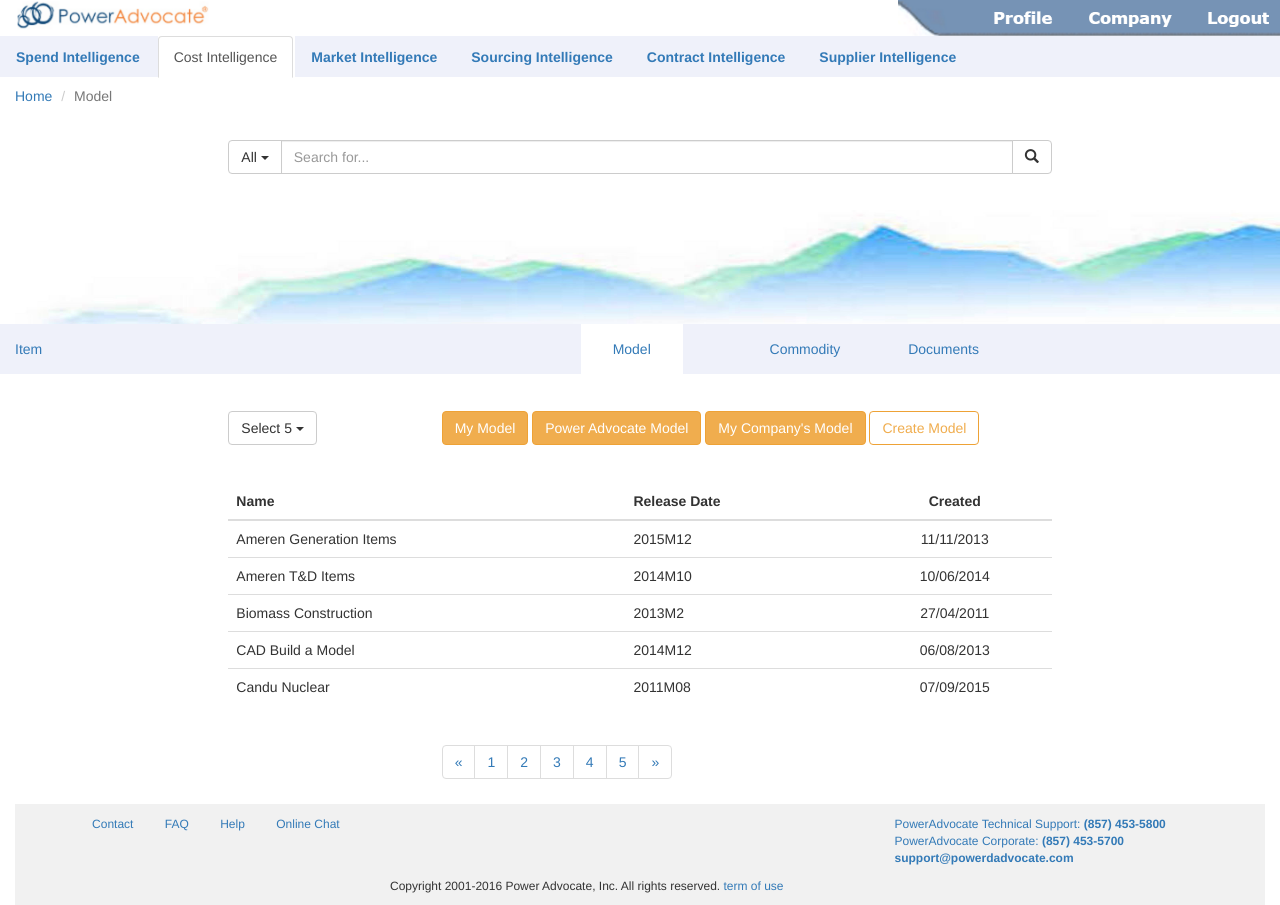
Repository: SamiraMansouri/PowerAdvocate-CostIntelligence-Application-new-Design-using-UserExperience-Method-
Page: http://localhost/PowerAdvocate/WEB-INF/views/home.jsp
An editor plug-in stored every save of this project. The page is shown before and after the next save, followed by the edit.
The browser window is 1280 px wide. The pictures show the whole page.
The page is served by Tomcat 9. Nobody is signed in. The template is opened directly, without the code that normally fills it, so the values that code supplies are empty.

Above is the page before, as saved 2016-04-25 02:07:33.

After the next save:
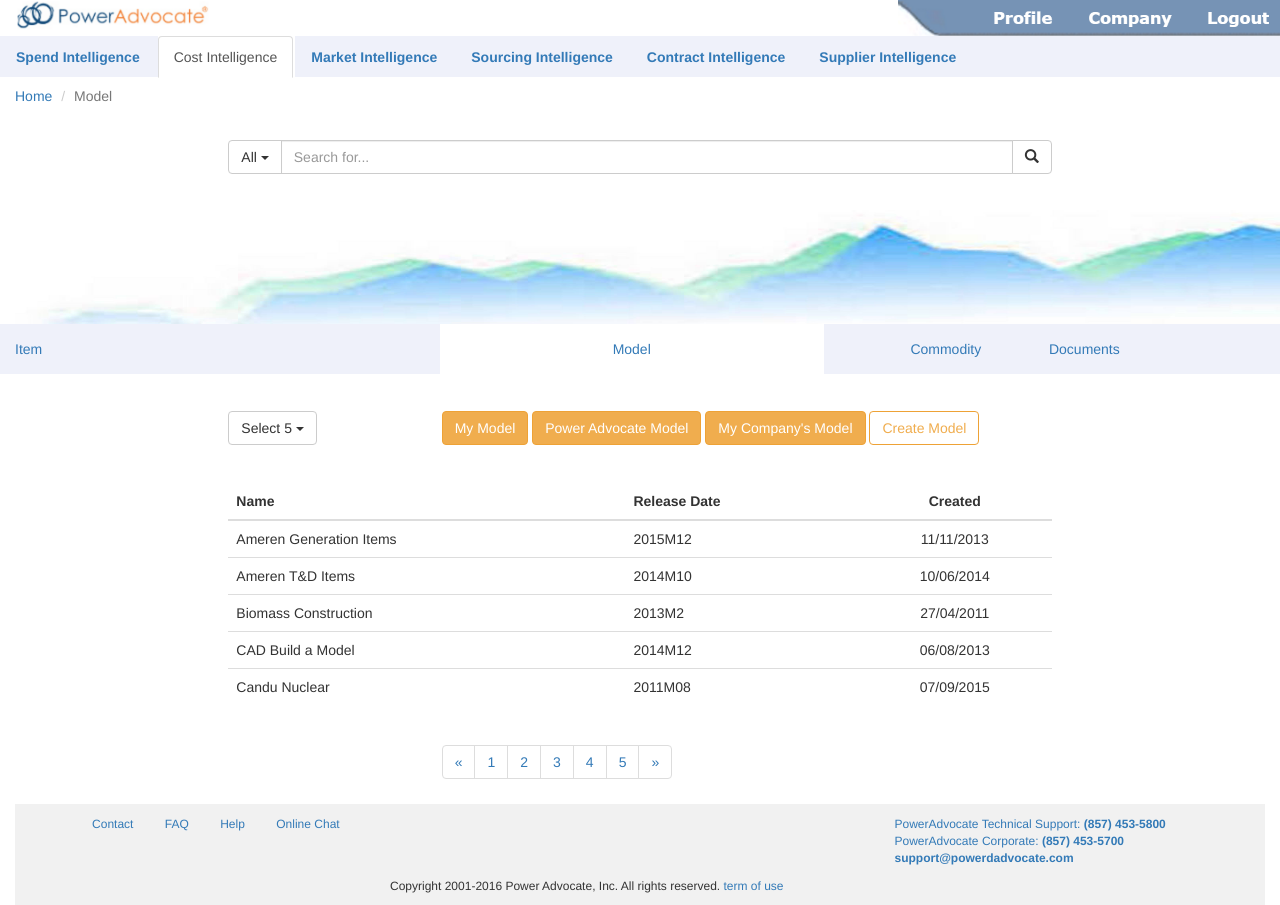
Saved 10 s later.
--- a/PowerAdvocate-Prototype/PowerAdvocate/src/main/webapp/WEB-INF/views/home.jsp
+++ b/PowerAdvocate-Prototype/PowerAdvocate/src/main/webapp/WEB-INF/views/home.jsp
@@ -206,7 +206,7 @@
 				<li><a href="#"></a></li>
 				<li><a href="#"></a></li>
 				<li><a href="#"></a></li>
-					<li class="active" style="width:8%"><a href="#" >Model</a></li>
+					<li class="active" style="width:30%"><a href="#" >Model</a></li>
 									<li><a href="#"></a></li>
 					<li class="pull-left"><a href="/prototype/Item">Item</a></li>
 									<li><a href="#"></a></li>
